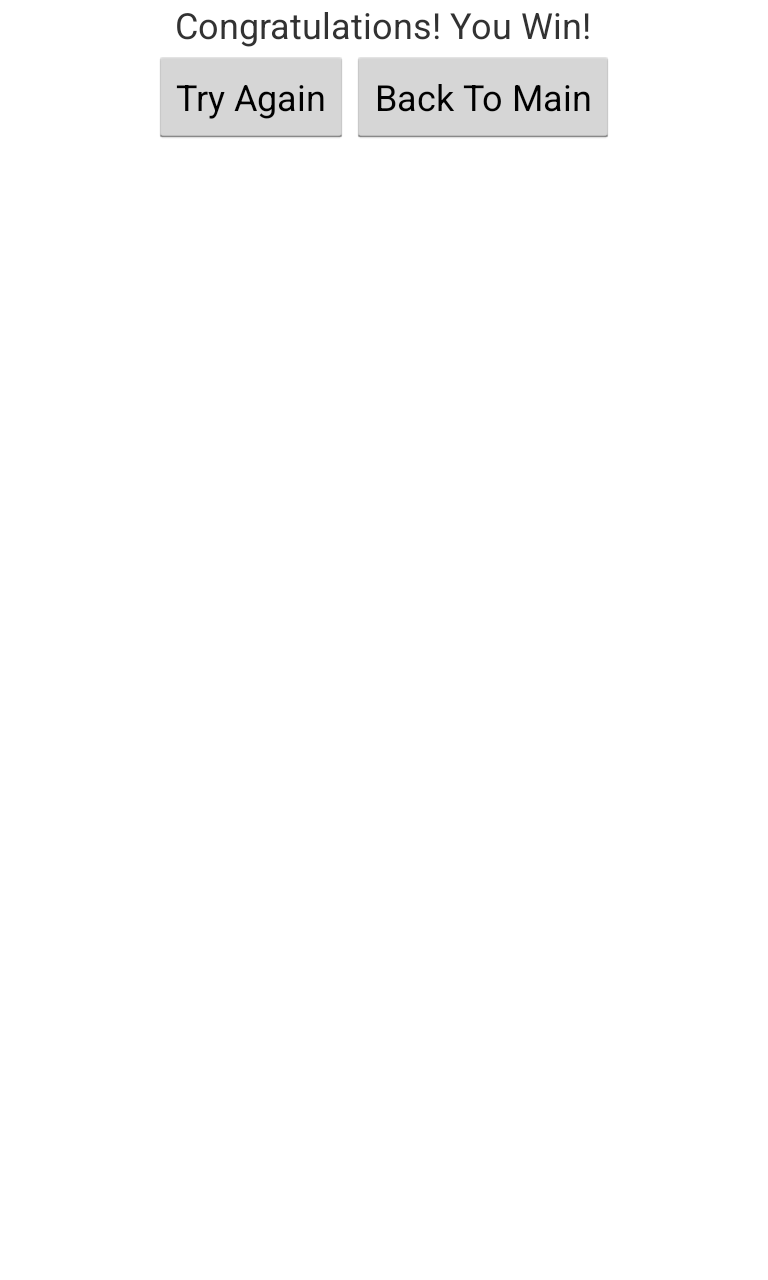
Repository: SarahDowlath/TriniHangman
Layout: workspace3/Trini-Hangman/res/layout/endgame_dialog.xml
An editor plug-in stored every save of this project. The layout is shown before and after the next save, followed by the edit.
It is drawn on a 768 x 1280 px phone screen (xhdpi) without system bars, with theme AppTheme; the app's code is not run.

Above is the layout before, as saved 2014-07-22 04:25:44.

After the next save:
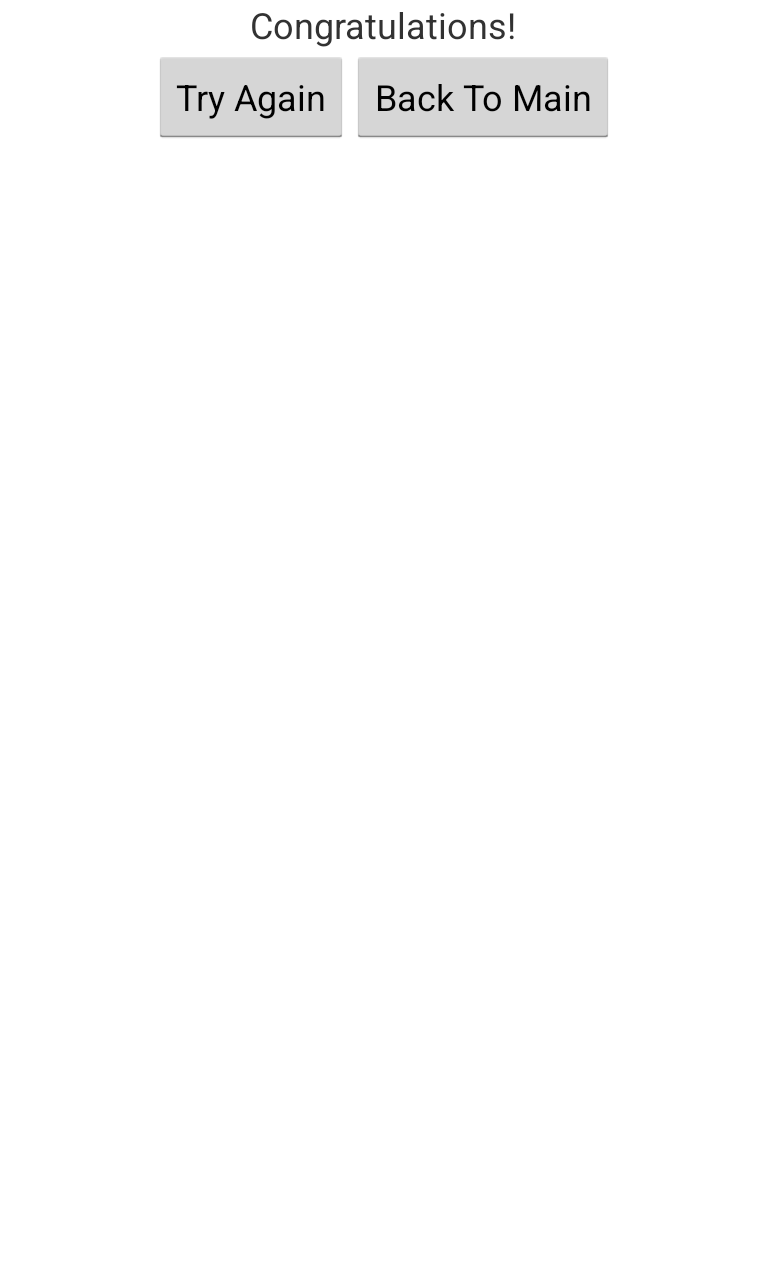
Saved 14 s later.
--- a/workspace3/Trini-Hangman/res/layout/endgame_dialog.xml
+++ b/workspace3/Trini-Hangman/res/layout/endgame_dialog.xml
@@ -5,7 +5,7 @@
  xmlns:android="http://schemas.android.com/apk/res/android">
 
  <TextView android:layout_height="wrap_content"
- android:layout_width="wrap_content" android:text="Congratulations! You Win!"
+ android:layout_width="wrap_content" android:text="Congratulations!"
  android:id="@+id/endmessage" android:textSize="8pt"
  android:layout_centerHorizontal="true">
  </TextView>
